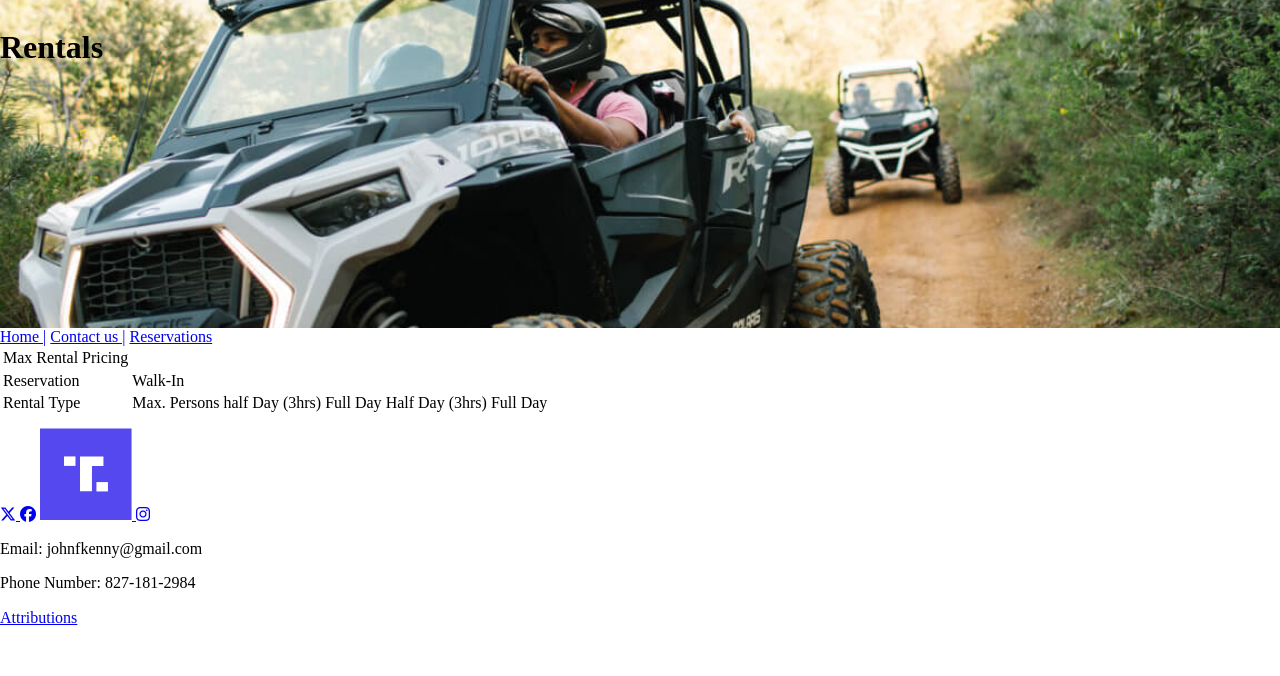
Repository: nak97/WDD230
Page: scoots/rentals-page/rentals-page.html
An editor plug-in stored every save of this project. The page is shown before and after the next save, followed by the edit.
The browser window is 1280 px wide. The pictures show the whole page.
Some web libraries are served in a nearby version.

Above is the page before, as saved 2023-12-10 18:03:35.

### scoots/rentals-page/rentals-page.html
<!DOCTYPE html>
<html lang="en">
<head>
  <meta charset="UTF-8">
  <meta name="viewport" content="width=device-width, initial-scale=1.0">
  <title>Nick Keen - WDD 230 - Web Frontend Development</title>
  <meta name="description" content="WDD 230 - Nicholas Keen  - Web Frontend Final Project">
  <meta name="author" content="Nicholas Keen">
  <meta property="og:title" content="facebook"/>
  <meta property="og:type" content="website" />
  <meta property="og:url" content="facebook.com" />
  <meta property="og:image" content="images/facebook-meta-tag-pic.png" />
  <link rel="stylesheet" href="styles/base.css">
  <link rel="stylesheet" href="styles/media.css">
  <link rel="stylesheet" href="styles/normalize.css">
</head>
<body>

  <header>
<h1>Rentals</h1>
  </header>

  <nav>
<a href="../home-page/home.html">Home |</a>
<a href="../contact/contact.html">Contact us |</a>
<a href="../reservations/reservations.html">Reservations</a>
  </nav>

  <main>
    <table>
      <tbody>
        <tr> <td>  Max Rental Pricing</td></tr>
        <tr>
          <td> Reservation</td>
          <td>  Walk-In </td>
      </tr>
        <tr>
        <td>Rental Type</td>
        <td>Max. Persons</td>
        <td>half Day (3hrs)</td>
        <td>Full Day</td>
        <td>Half Day (3hrs)</td>
        <td>Full Day</td>
      </tr>
        <tr></tr>
        <tr></tr>
        <tr></tr>
        <tr></tr>
        <tr></tr>
        <tr></tr>






      </tbody>





    </table>






















  </main>





<footer>

  <a href="https://twitter.com/" target="_blank" > <i class="fa-brands fa-x-twitter"></i> </a>
  <a href="https://www.facebook.com" target="_blank"><i class="fa-brands fa-facebook"></i></a>
  <a href="https://truthsocial.com/" target="_blank"> <img class="truth-social-icon" src="images/truth-social.svg" alt="truth social"> </a>
  <a href="https://www.instagram.com/" target="_blank"><i class="fa-brands fa-instagram"></i></a>

<section class="info">
<p>Email: johnfkenny@gmail.com</p>
<p>Phone Number: 827-181-2984</p>
<a href="attributions.html" target="_blank">Attributions</a>
</section>


</footer>




<script src="https://kit.fontawesome.com/615002bc5f.js" crossorigin="anonymous"></script>
</body>


</html>

### scoots/rentals-page/styles/base.css
header {
  background-image: url(../images/OHV-SEO-1152x768.jpg);
  background-repeat: no-repeat;
  height: 20rem;
  background-position: 10% 67%;
  background-size: cover;
  margin-top: 0 ;
  padding-top: 0.5rem;
}

Loaded but not shown: scoots/rentals-page/styles/normalize.css (library); scoots/rentals-page/styles/media.css (no stored copy; drawn as an empty file)

After the next save:
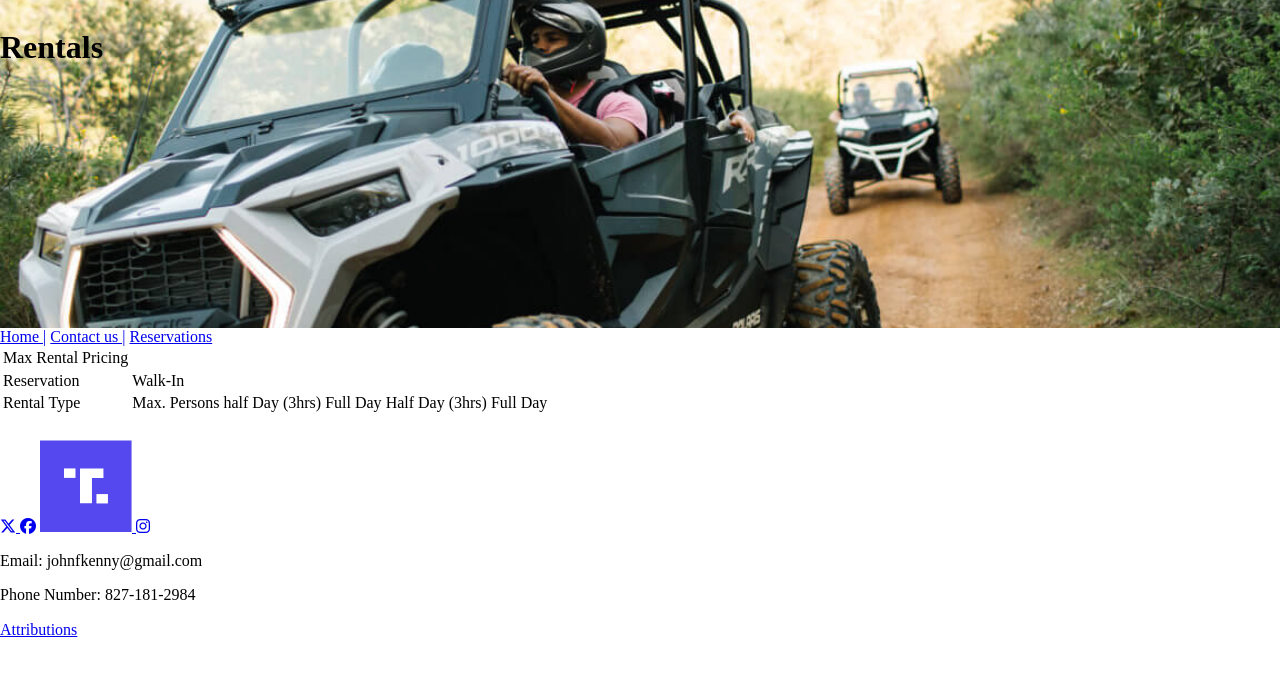
Saved 2 min 10 s later.
--- a/scoots/rentals-page/rentals-page.html
+++ b/scoots/rentals-page/rentals-page.html
@@ -42,12 +42,53 @@
         <td>Half Day (3hrs)</td>
         <td>Full Day</td>
       </tr>
-        <tr></tr>
-        <tr></tr>
-        <tr></tr>
-        <tr></tr>
-        <tr></tr>
-        <tr></tr>
+        <tr><td></td>
+        <td></td>
+        <td></td>
+        <td></td>
+        <td></td>
+        <td></td>
+      </tr>
+        <tr>
+          <td></td>
+          <td></td>
+          <td></td>
+          <td></td>
+          <td></td>
+          <td></td>
+        </tr>
+        <tr>
+          <td></td>
+          <td></td>
+          <td></td>
+          <td></td>
+          <td></td>
+          <td></td>
+        </tr>
+        <tr>
+          <td></td>
+          <td></td>
+          <td></td>
+          <td></td>
+          <td></td>
+          <td></td>
+        </tr>
+        <tr>
+          <td></td>
+          <td></td>
+          <td></td>
+          <td></td>
+          <td></td>
+          <td></td>
+        </tr>
+        <tr>
+        <td></td>
+        <td></td>
+        <td></td>
+        <td></td>
+        <td></td>
+        <td></td>
+        </tr>
 
 
 
